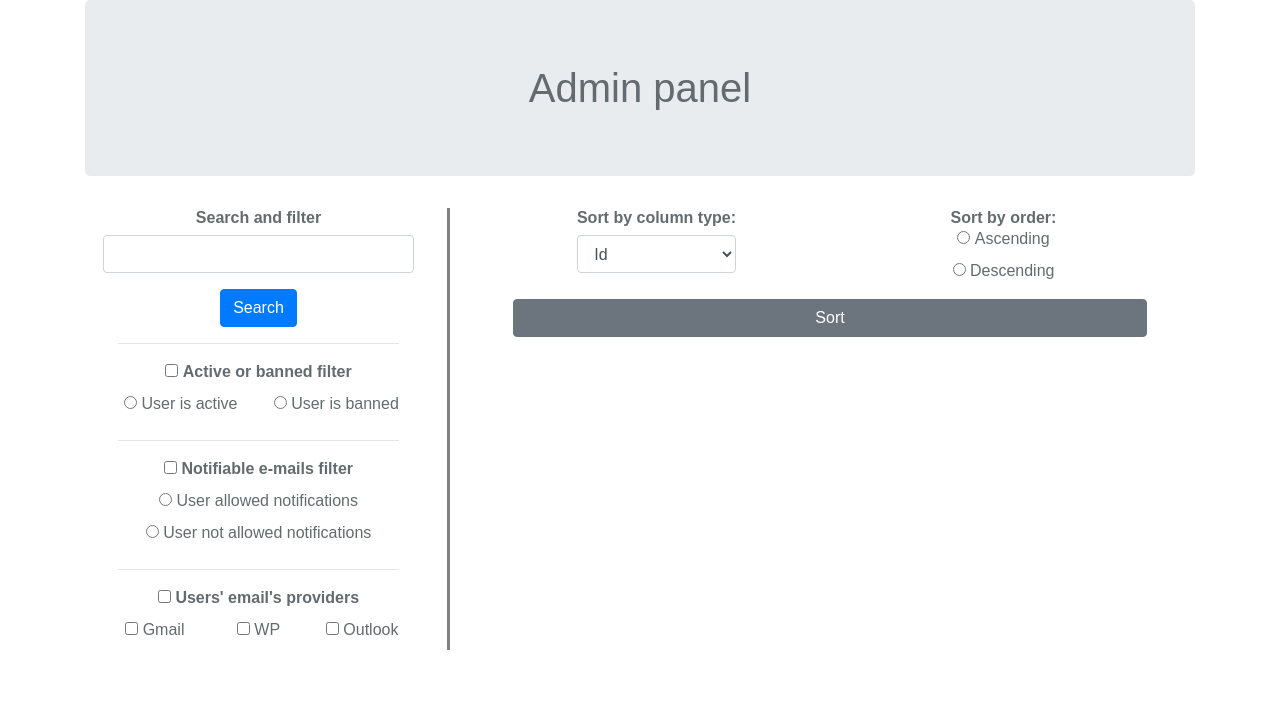
Repository: WOLVGVNG/gameclan
Page: resources/views/admin_panel.blade.php
An editor plug-in stored every save of this project. The page is shown before and after the next save, followed by the edit.
The browser window is 1280 px wide. The pictures show the whole page.
The page is served by the project's Laravel application, run on PHP 8.4 with Laravel 8. Other server files are loaded and not shown. The template is opened directly, without the code that normally fills it, so the values that code supplies are empty.

Above is the page before, as saved 2019-03-20 21:04:45.

### routes/web.php
<?php

/*
|--------------------------------------------------------------------------
| Web Routes
|--------------------------------------------------------------------------
|
| Here is where you can register web routes for your application. These
| routes are loaded by the RouteServiceProvider within a group which
| contains the "web" middleware group. Now create something great!
|
*/

Route::get('/', 'AdminPanelController@index');

### resources/views/admin_panel.blade.php
@extends('layout.app')
@section('content')
<div class='container text-center'>
    <h1 class='jumbotron'>Admin panel</h1>
    <form action='/' method='GET'>
        <div class='row'>
            <div class='col-md-4 px-4 px-md-5' style='border-right: 3px solid gray'>
                <!-----------------------------SZUKANIE---------------------------->
                <div class='row'>
                    <h6 class='font-weight-bold mx-auto'>Search and filter</h6>
                    <input type='text' class='form-control' name='search' value='{{ session('search') }}'>
                </div>
                <div class='row'>
                    <button type='submit' class='btn btn-primary mt-3 mx-auto'>Search</button>
                </div>
                <hr>

                <!-----------------------------FILTROWANIE---------------------------->
                <input type='checkbox' name='filter_active_switch' id='active_switch' value=true @if(session('filter_active_switch')==true) echo checked @endif>
                <label for='active_switch' class='font-weight-bold text-center'>Active or banned filter</label>
                <div class='row'>
                    <div class='col'>
                        <input type='radio' name='filter_active' id='active' value='active' @if(session('filter_active')=='active') echo checked @endif>
                        <label for='active'>User is active</label>
                    </div>
                    <div class='col'>
                        <input type='radio' name='filter_active' id='banned' value='banned' @if(session('filter_active  ')=='banned') echo checked @endif>
                        <label for='banned'>User is banned</label>
                    </div>
                </div>

                <hr>

                <input type='checkbox' name='filter_notifiable_email_switch' id='notifiable_email_switch' value=true @if(session('filter_notifiable_email_switch')==true) echo checked @endif>
                <label for='notifiable_email_switch' class='font-weight-bold text-center'>Notifiable e-mails filter</label>
                <div class='row'>
                    <div class='col mx-auto'>
                        <div class='col-12'>
                            <input type='radio' name='filter_notifiable_email' id='notifiable_email_yes' value='true' @if(session('filter_notifiable_email')=='true') echo checked @endif>
                            <label for='notifiable_email_yes'>User allowed notifications</label>
                        </div>
                        <div class='col-12'>
                            <input type='radio' name='filter_notifiable_email' id='notifiable_email_no' value='false' @if(session('filter_notifiable_email')=='false') echo checked @endif>
                            <label for='notifiable_email_no'>User not allowed notifications</label>
                        </div>
                    </div>
                </div>

                <hr>

                <input type='checkbox' name='filter_email_switch' id='email_switch' value=true @if(session('filter_email_switch')==true) echo checked @endif>
                <label for='email_switch' class='font-weight-bold text-center'>Users' email's providers</label>
                <div class='row'>
                    <div class='col'>
                        <input type='checkbox' name='filter_email[]' id='gmail' value='gmail'>
                        <label for='gmail'>Gmail</label>
                    </div>
                    <div class='col'>
                        <input type='checkbox' name='filter_email[]' id='wp' value='wp'>
                        <label for='wp'>WP</label>
                    </div>
                    <div class='col'>
                            <input type='checkbox' name='filter_email[]' id='outlook' value='outlook'>
                            <label for='outlook'>Outlook</label>
                        </div>
                </div>
            </div>

            <div class='col-md-8 px-4 px-md-5'>
                <!-----------------------------SORTOWANIE---------------------------->
                <div class='row'>
                    <div class='col-sm-6'>
                        <h6 class='font-weight-bold mt-4 mt-md-0'>Sort by column type:</h6>
                        <select class='form-control w-50 mx-auto' name='sort_type' value='{{ session('sort_type') }}'>
                            {{--<option>{{ session('sort_type') }}</option>--}}
                            <option value='id' @if(session('sort_type') == 'id') echo selected @endif>Id</option>
                            <option value='user_name' @if(session('sort_type') == 'user_name') echo selected @endif>User name</option>
                            <option value='email' @if(session('sort_type') == 'email') echo selected @endif>E-mail</option>
                            <option value='notifiable_email' @if(session('sort_type') == 'notifiable_email') echo selected @endif>Notifiable email</option>
                            <option value='email_verified_at' @if(session('sort_type') == 'email_verified_at') echo selected @endif>Email verification date</option>
                            <option value='points' @if(session('sort_type') == 'points') echo selected @endif>Points</option>
                            <option value='steam_id' @if(session('sort_type') == 'steam_id') echo selected @endif>Steam id</option>
                            <option value='facebook_id' @if(session('sort_type') == 'facebook_id') echo selected @endif>Facebook id</option>
                            <option value='google_id' @if(session('sort_type') == 'google_id') echo selected @endif>google id</option>
                            <option value='geo' @if(session('sort_type') == 'geo') echo selected @endif>Country</option>
                            <option value='lang' @if(session('sort_type') == 'lang') echo selected @endif>Language</option>
                            <option value='ref' @if(session('sort_type') == 'ref') echo selected @endif>Ref</option>
                            <option value='ref_status' @if(session('sort_type') == 'ref_status') echo selected @endif>Ref status</option>
                            <option value='ref_code' @if(session('sort_type') == 'ref_code') echo selected @endif>Ref code</option>
                            <option value='deleted_at' @if(session('sort_type') == 'deleted_at') echo selected @endif>The date of removal</option>
                            <option value='created_at' @if(session('sort_type') == 'created_at') echo selected @endif>Creation date</option>
                            <option value='updated_at' @if(session('sort_type') == 'updated_at') echo selected @endif>Update date</option>
                        </select>
                    </div>
                    <div class='col-sm-6'>
                        <h6 class='font-weight-bold my-4 my-md-0'>Sort by order:</h6>
                        <input type='radio' name='sort_order' value='asc' id='asc'
                                @if(session('sort_order') == 'asc') echo checked @endif>
                        <label for='asc'>Ascending</label>
                        <br>
                        <input type='radio' name='sort_order' value='desc' id='desc'
                                @if(session('sort_order') == 'desc') echo checked @endif>
                        <label for='desc'>Descending</label>
                    </div>
                </div>
                <div class='col mt-2 mb-5'>
                    <button type='submit' class='btn btn-block btn-secondary'>Sort</button>
                </div>
            </form>

            <!-----------------------------WYŚWIETLANIE---------------------------->
            @foreach($users as $user)
                <div class='row mb-5 user-part-div'>
                    <div class='user-part-div col'>
                        <p class='font-weight-bold'>id</p>
                        <p>{{$user->id}}</p>
                    </div>
                    <div class='user-part-div col'>
                        <p class='font-weight-bold'>user_name</p>
                        <p>{{$user->user_name}}</p>
                    </div>
                    <div class='user-part-div col'>
                        <p class='font-weight-bold'>email</p>
                        <p>{{$user->email}}</p>
                    </div>
                    @if(isset($user->email_verified_at))
                        <div class='user-part-div col'>
                            <p class='font-weight-bold'>email_verified_at</p>
                            <p>{{$user->email_verified_at}}</p>
                        </div>
                    @endif
                    @if(isset($user->email_verified_at))
                        <div class='user-part-div col'>
                            <p class='font-weight-bold'>remember_token</p>
                            <p>{{$user->remember_token}}</p>
                        </div>
                    @endif
                    <div class='user-part-div col'>
                        <p class='font-weight-bold'>avatar</p>
                        <p>{{$user->avatar}}</p>
                    </div>
                    <div class='user-part-div col'>
                        <p class='font-weight-bold'>points</p>
                        <p>{{$user->points}}</p>
                    </div>
                    @if(isset($user->steam_id))
                        <div class='user-part-div col'>
                            <p class='font-weight-bold'>steam_id</p>
                            <p>{{$user->steam_id}}</p>
                        </div>
                    @endif
                    @if(isset($user->facebook_id))
                        <div class='user-part-div col'>
                            <p class='font-weight-bold'>facebook_id</p>
                            <p>{{$user->facebook_id}}</p>
                        </div>
                    @endif
                    @if(isset($user->google_id))
                        <div class='user-part-div col'>
                            <p class='font-weight-bold'>google_id</p>
                            <p>{{$user->google_id}}</p>
                        </div>
                    @endif
                    <div class='user-part-div col'>
                        <p class='font-weight-bold'>geo</p>
                        <p>{{$user->geo}}</p>
                    </div>
                    <div class='user-part-div col'>
                        <p class='font-weight-bold'>lang</p>
                        <p>{{$user->lang}}</p>
                    </div>
                    @if(isset($user->ref))
                        <div class='user-part-div col'>
                            <p class='font-weight-bold'>ref</p>
                            <p>{{$user->ref}}</p>
                        </div>
                    @endif
                    @if(isset($user->ref_status))
                        <div class='user-part-div col'>
                            <p class='font-weight-bold'>ref_status</p>
                            <p>{{$user->ref_status}}</p>
                        </div>
                    @endif
                    <div class='user-part-div col'>
                        <p class='font-weight-bold'>ref_code</p>
                        <p>{{$user->ref_code}}</p>
                    </div>
                    @if(isset($user->deleted_at))
                        <div class='user-part-div col'>
                            <p class='font-weight-bold'>deleted_at</p>
                            <p>{{$user->deleted_at}}</p>
                        </div>
                    @endif
                    <div class='user-part-div col'>
                        <p class='font-weight-bold'>created_at</p>
                        <p>{{$user->created_at}}</p>
                    </div>
                    @if(isset($user->updated_at))
                        <div class='user-part-div col'>
                            <p class='font-weight-bold'>updated_at</p>
                            <p>{{$user->updated_at}}</p>
                        </div>
                    @endif
                </div>
            @endforeach
        </div>
    </div>

    <!-----------------------------PAGINACJA---------------------------->
    <div class='row'>
        <div class='mx-auto'>
            {{ $users->links() }}
        </div>
    </div>
</div>
@endsection

### resources/views/layout/app.blade.php
<!doctype html>
<html lang="{{ str_replace('_', '-', app()->getLocale()) }}">
    <head>
        <meta charset="utf-8">
        <meta name="viewport" content="width=device-width, initial-scale=1">

        <title>Laravel</title>

        <link rel="stylesheet" href="https://stackpath.bootstrapcdn.com/bootstrap/4.3.1/css/bootstrap.min.css" integrity="sha384-ggOyR0iXCbMQv3Xipma34MD+dH/1fQ784/j6cY/iJTQUOhcWr7x9JvoRxT2MZw1T" crossorigin="anonymous">

        <style>
            html, body {
                background-color: #fff;
                color: #636b6f;
                font-family: 'Nunito', sans-serif;
                font-weight: 200;
                height: 100vh;
                margin: 0;
            }

            .user-part-div {
                border: 2px solid gray;
            }
        </style>
    </head>
    <body>
        @yield('content')

    </body>
</html>

After the next save:
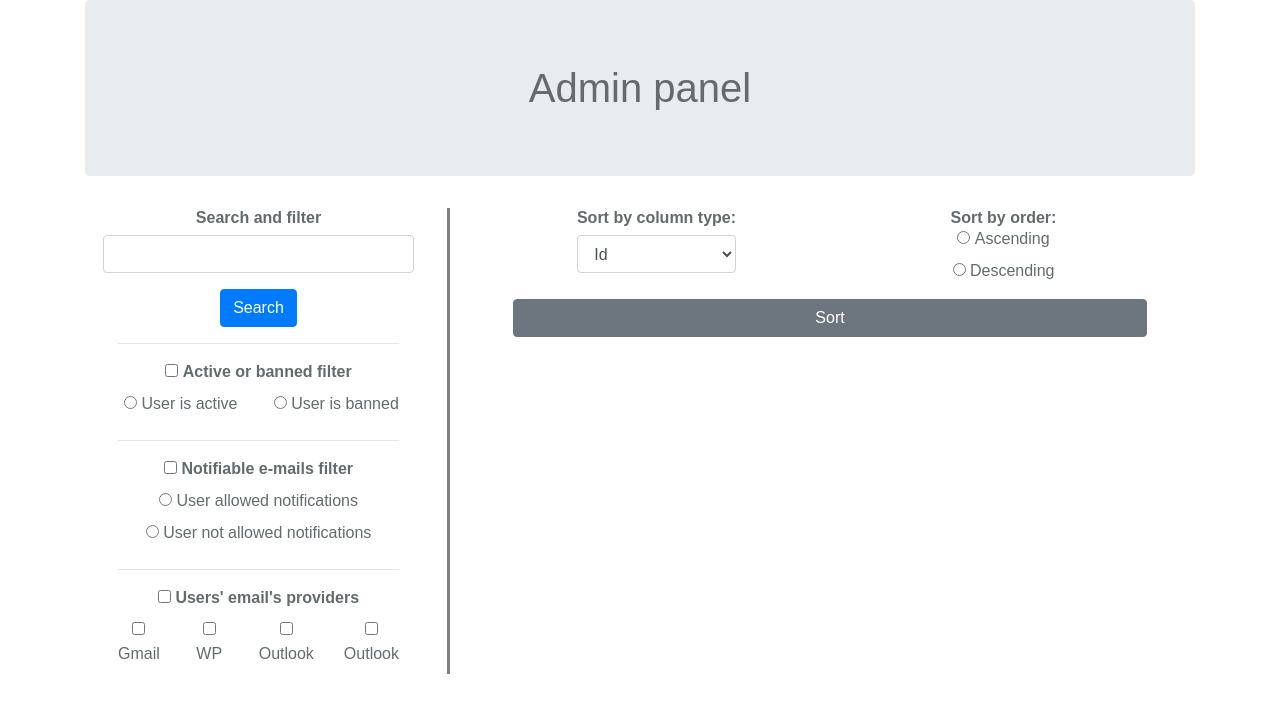
Saved 8 s later.
--- a/resources/views/admin_panel.blade.php
+++ b/resources/views/admin_panel.blade.php
@@ -60,9 +60,13 @@
                         <label for='wp'>WP</label>
                     </div>
                     <div class='col'>
-                            <input type='checkbox' name='filter_email[]' id='outlook' value='outlook'>
-                            <label for='outlook'>Outlook</label>
-                        </div>
+                        <input type='checkbox' name='filter_email[]' id='outlook' value='outlook'>
+                        <label for='outlook'>Outlook</label>
+                    </div>
+                    <div class='col'>
+                        <input type='checkbox' name='filter_email[]' id='outlook' value='outlook'>
+                        <label for='outlook'>Outlook</label>
+                    </div>
                 </div>
             </div>
 
